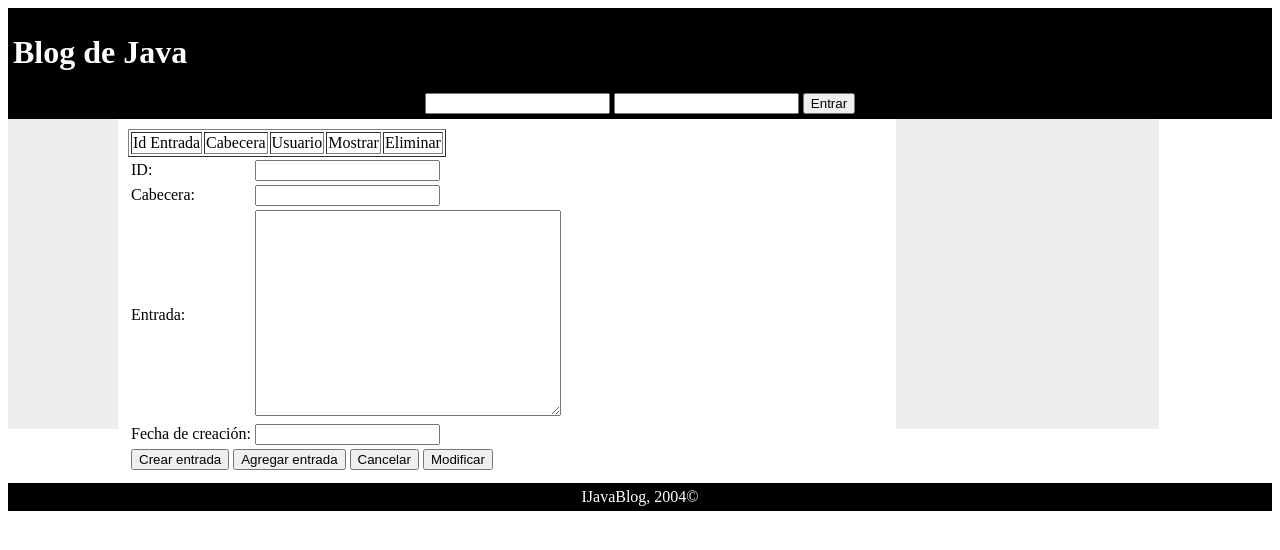
Repository: alruis/IJavaDreamBlog
Page: http://localhost/IJavaBlog/jsp/blog/inicio.jsp
These files come from the project's save history. The page is drawn as it stood at one moment and after the next save; the edit follows.
The browser window is 1280 px wide. The pictures show the whole page.
The page is served by Tomcat 9. Nobody is signed in. The application's start-up code is not run. The template is opened directly, without the code that normally fills it, so the values that code supplies are empty.

Above is the page before, as saved 2014-09-25 13:57:03.
Console error: ReferenceError: init is not defined

After the next save:
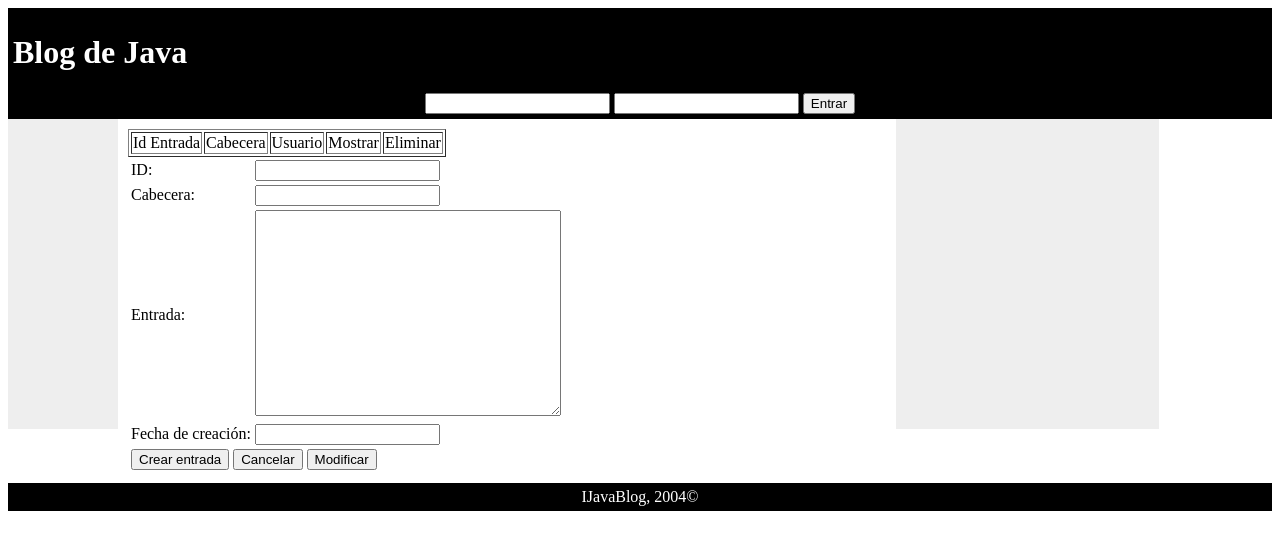
Saved 3 min 20 s later.
--- a/IJavaBlog/WebContent/jsp/blog/inicio.jsp
+++ b/IJavaBlog/WebContent/jsp/blog/inicio.jsp
@@ -126,7 +126,7 @@
 			<tr>
 				<td colspan="2">
 					<input type="submit" value="Crear entrada"/>
-					<input type="button" value="Agregar entrada" onclick="guardar(AGREGAR)"/>
+					<!-- <input type="button" value="Agregar entrada" onclick="guardar(AGREGAR)"/> -->
 				<input type="button" value="Cancelar" onclick="window.location.href='inicio.blog'"/>
 				<input type="button" value="Modificar" onclick="guardar(MODIFICAR)"/>
 				</td>
